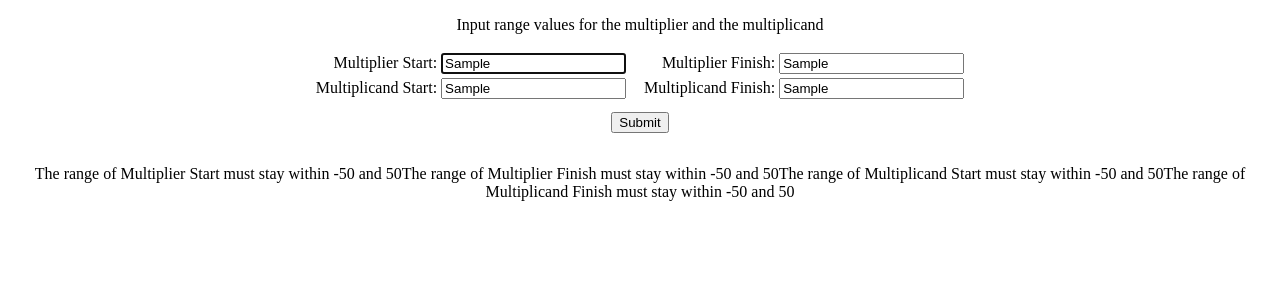
Repository: khrasna/HW4Part2
Page: index.html
These files come from the project's save history. The page is drawn as it stood at one moment and after the next save; the edit follows.
The browser window is 1280 px wide. The pictures show the whole page.
Empty fields were first filled with sample values (such as "Sample", 5 or name@example.com).
After loading, the first visible `#FormInput > input` was clicked once.

Above is the page before, as saved 2021-11-13 11:54:46.

After the next save:
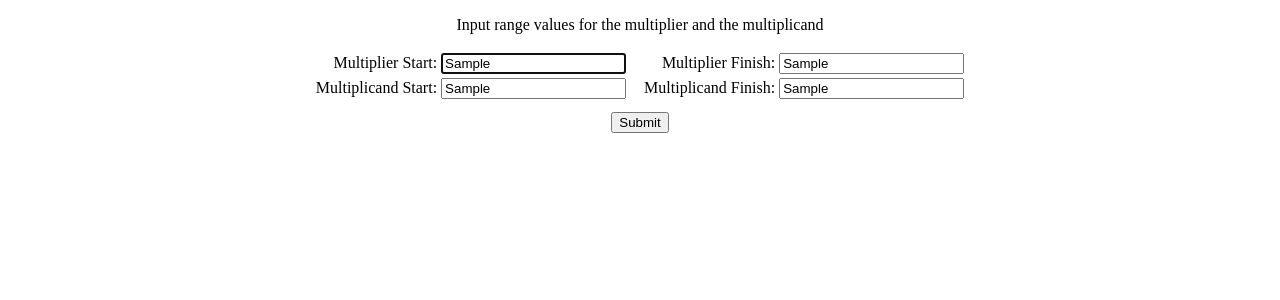
Saved 37 s later.
--- a/formvalidate.js
+++ b/formvalidate.js
@@ -1,7 +1,7 @@
 $(function (){
     $('input[value="Submit"]').on("click", function () {
         debugger;
-        $("#inputError").removeClass("error");
+        $("#inputError").remove();
     });
 
     $('#FormInput').validate({
